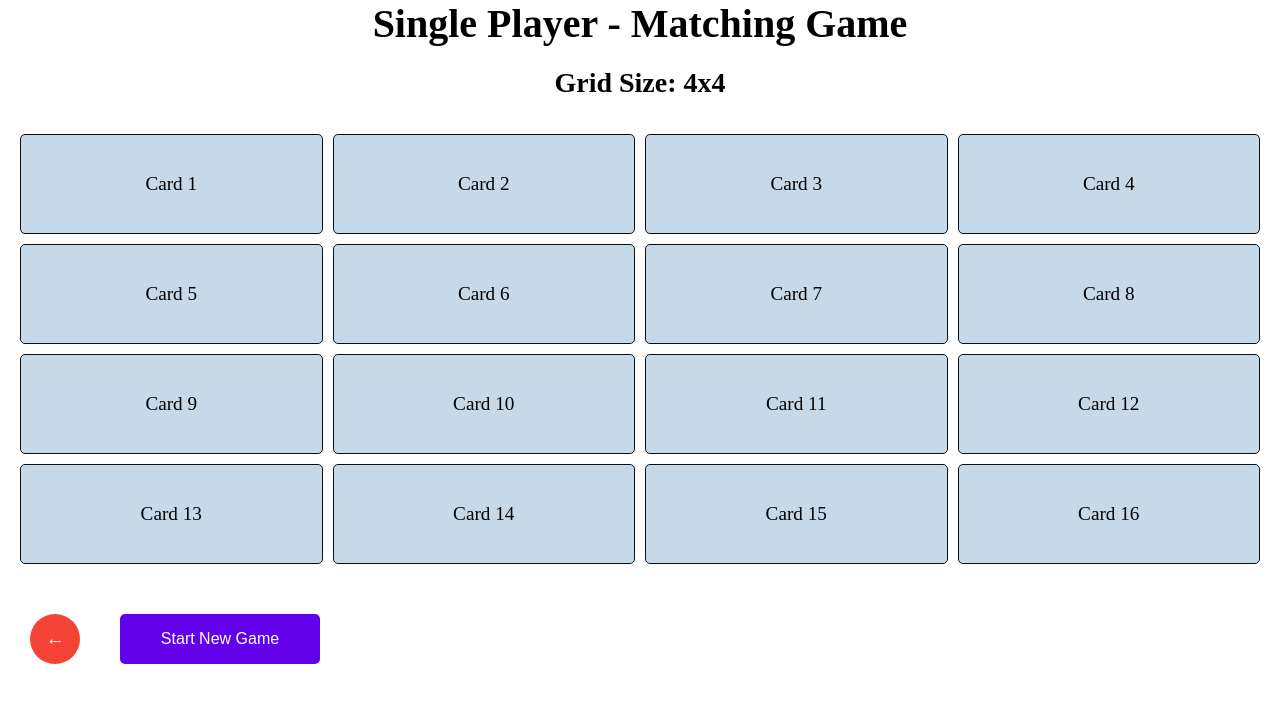
Repository: parnelltse/frontend2-courseproject
Page: /resumegame
An editor plug-in stored every save of this project. The page is shown before and after the next save, followed by the edit.
The browser window is 1280 px wide. The pictures show the whole page.
The project was rebuilt for these pictures with package versions that can differ from the ones it lists, and the page was loaded fresh each time. Also part of the build but not shown: vite.config.js, src/pages/landing.jsx, src/pages/home.jsx, src/pages/gameoptions.jsx, src/pages/appsettings.jsx, src/pages/profilesettings.jsx, src/pages/gamehistory.jsx, src/pages/singleplayer.jsx and 3 more.

Above is the page before, as saved 2024-11-16 02:02:10.

After the next save:
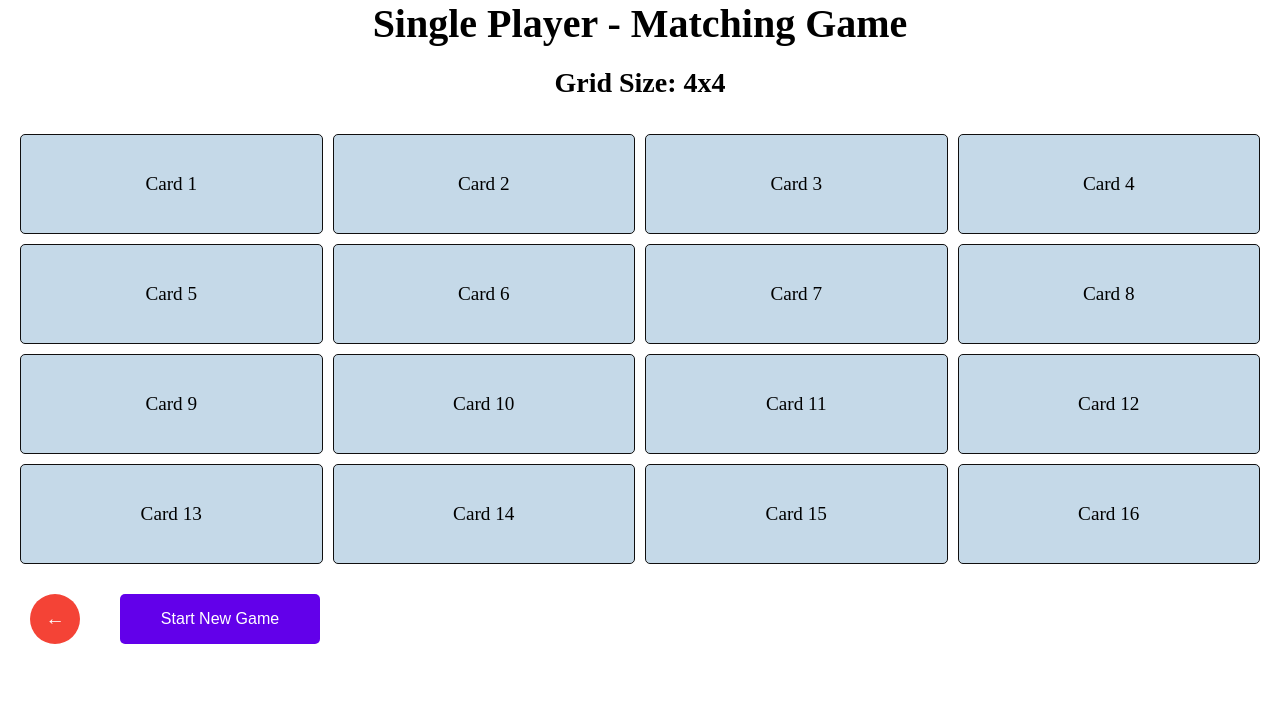
Saved 6 s later.
--- a/src/index.css
+++ b/src/index.css
@@ -322,7 +322,7 @@
 
 
 .game-controls {
-  padding: 20px;
+  padding: 0 20px;
   display: flex;
   flex-direction: row;
   gap: 20px;
